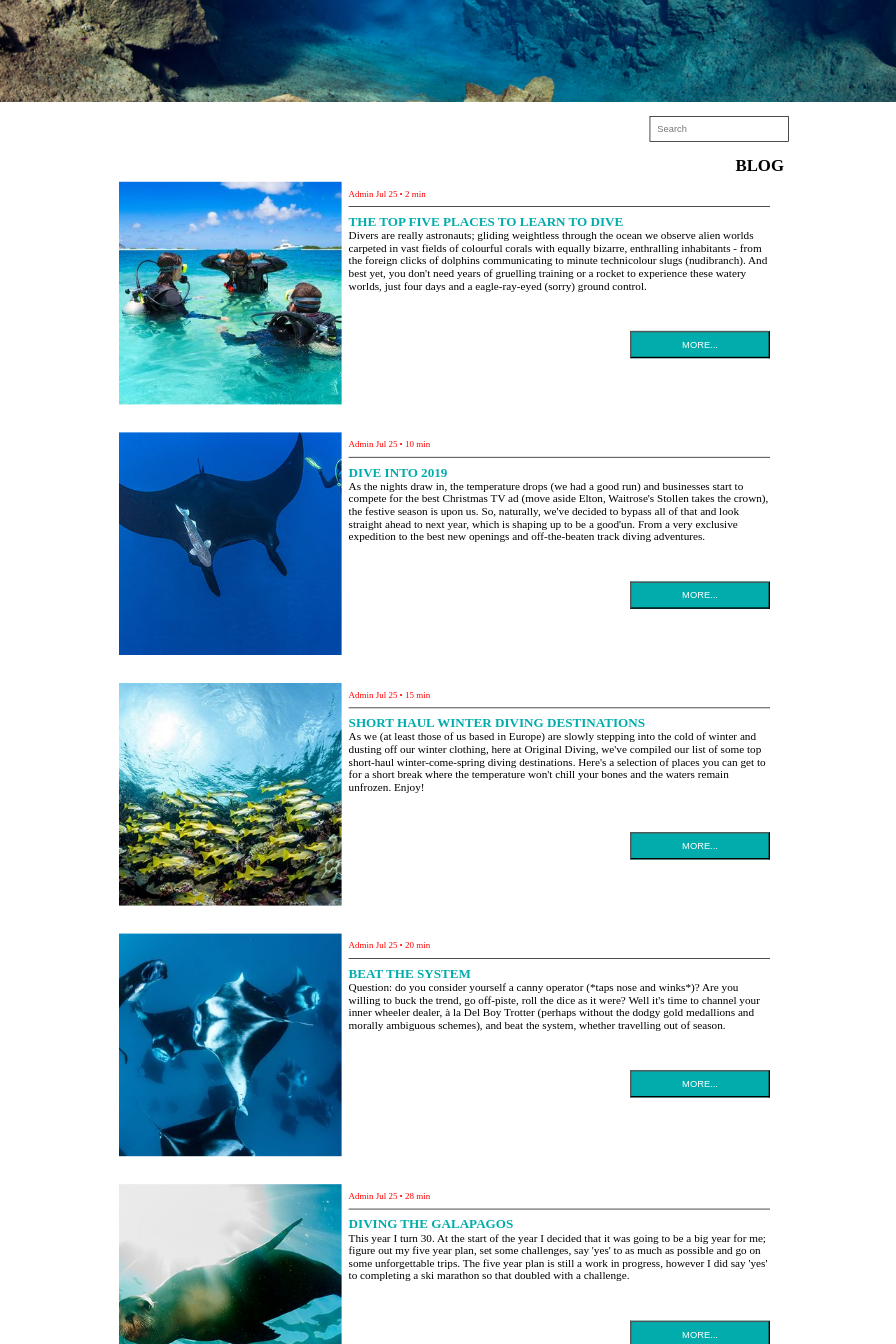
Repository: M1shkaBear/FLX
Page: FLX_homework_3/homework/index.html
These files come from the project's save history. The page is drawn as it stood at one moment and after the next save; the edit follows.
The browser window is 1280 px wide. The pictures show the part of the page from y = 574 to 2494 px (the page is 3443 px tall), at 70% of full size.
The style sheet was rebuilt from its Sass, Less or Tailwind sources for each picture, by a compiler version that may differ from the author's.

Above is the page before, as saved 2019-01-26 18:03:26.

### FLX_homework_3/homework/index.html
<!DOCTYPE html>
<html lang="en">
  <head>
    <meta charset="UTF-8" />
    <meta name="viewport" content="width=device-width, initial-scale=1.0" />
    <meta http-equiv="X-UA-Compatible" content="ie=edge" />

    <!-- Styles should be switched here: -->

    <link rel="stylesheet" type="text/css" href="css/style1.css" />
    <!-- <link rel="stylesheet" type="text/css" href="css/style2.css" /> -->

    <title>Explore the world of ocean</title>
  </head>

  <body>
    <div class="main-wrapper">
      <header>
        <div class="top-wrapper">
          <div class="logo"><img src="img/logo.png" alt="" /></div>

          <nav>
            <a role="button" href="#list" target="_self">Blog</a>
            <a role="button" href="#about" target="_self">About</a>
            <a role="button" href="#contact" target="_self">Contact</a>
          </nav>
        </div>
        <section>
          <h1>Explore the fantastic beauty of our world</h1>
          <a class="btn btn-top" href="#list" target="_self">Dive now</a>
        </section>
      </header>
      <main>
        <div class="toolbar"><input type="text" placeholder="Search" /></div>
        <section class="post-list" id="list">
          <h1>Blog</h1>
          <article>
            <img src="img/post-1.jpg" alt="" />
            <div>
              <div class="post">
                <div class="post-description">Admin Jul 25 &#8226; 2 min</div>
                <h3>The Top Five Places To Learn To Dive</h3>
                <p>
                  Divers are really astronauts; gliding weightless through the
                  ocean we observe alien worlds carpeted in vast fields of
                  colourful corals with equally bizarre, enthralling inhabitants
                  - from the foreign clicks of dolphins communicating to minute
                  technicolour slugs (nudibranch). And best yet, you don't need
                  years of gruelling training or a rocket to experience these
                  watery worlds, just four days and a eagle-ray-eyed (sorry)
                  ground control.
                </p>
              </div>
              <button class="btn">More...</button>
            </div>
          </article>
          <article>
            <img src="img/post-2.jpg" alt="" />
            <div>
              <div class="post">
                <div class="post-description">Admin Jul 25 &#8226; 10 min</div>
                <h3>Dive Into 2019</h3>
                <p>
                  As the nights draw in, the temperature drops (we had a good
                  run) and businesses start to compete for the best Christmas TV
                  ad (move aside Elton, Waitrose's Stollen takes the crown), the
                  festive season is upon us. So, naturally, we've decided to
                  bypass all of that and look straight ahead to next year, which
                  is shaping up to be a good'un. From a very exclusive
                  expedition to the best new openings and off-the-beaten track
                  diving adventures.
                </p>
              </div>
              <button class="btn">More...</button>
            </div>
          </article>
          <article>
            <img src="img/post-3.jpg" alt="" />
            <div>
              <div class="post">
                <div class="post-description">Admin Jul 25 &#8226; 15 min</div>
                <h3>Short Haul Winter Diving Destinations</h3>
                <p>
                  As we (at least those of us based in Europe) are slowly
                  stepping into the cold of winter and dusting off our winter
                  clothing, here at Original Diving, we've compiled our list of
                  some top short-haul winter-come-spring diving destinations.
                  Here's a selection of places you can get to for a short break
                  where the temperature won't chill your bones and the waters
                  remain unfrozen. Enjoy!
                </p>
              </div>
              <button class="btn">More...</button>
            </div>
          </article>
          <article>
            <img src="img/post-4.jpg" alt="" />
            <div>
              <div class="post">
                <div class="post-description">Admin Jul 25 &#8226; 20 min</div>
                <h3>Beat the System</h3>
                <p>
                  Question: do you consider yourself a canny operator (*taps
                  nose and winks*)? Are you willing to buck the trend, go
                  off-piste, roll the dice as it were? Well it's time to channel
                  your inner wheeler dealer, à la Del Boy Trotter (perhaps
                  without the dodgy gold medallions and morally ambiguous
                  schemes), and beat the system, whether travelling out of
                  season.
                </p>
              </div>
              <button class="btn">More...</button>
            </div>
          </article>
          <article>
            <img src="img/post-5.jpg" alt="" />
            <div>
              <div class="post">
                <div class="post-description">Admin Jul 25 &#8226; 28 min</div>
                <h3>Diving The Galapagos</h3>
                <p>
                  This year I turn 30. At the start of the year I decided that
                  it was going to be a big year for me; figure out my five year
                  plan, set some challenges, say 'yes' to as much as possible
                  and go on some unforgettable trips. The five year plan is
                  still a work in progress, however I did say 'yes' to
                  completing a ski marathon so that doubled with a challenge.
                </p>
              </div>
              <button class="btn">More...</button>
            </div>
          </article>
          <article>
            <img src="img/post-6.jpg" alt="" />
            <div>
              <div class="post">
                <div class="post-description">Admin Jul 25 42 min</div>
                <h3>The 8 Best Dive Sites in the World</h3>
                <p>
                  Bucket lists are for landlubbers. If you're a diver, and the
                  ocean is your oyster, then you NEED to dive these spots,
                  arguably the greatest dive sites on our blue planet.
                </p>
              </div>
              <button class="btn">More...</button>
            </div>
          </article>
        </section>

        <section class="about" id="about">
          <div>
            <h1>About Us</h1>
            <p>
              Our approach differs from other travel companies; we are a group
              of dedicated divers, marine biologists and travellers who take a
              creative approach to tailoring luxury diving holidays.
            </p>
            <p>
              We focus on understanding what you want from your holiday, from
              trips centred entirely around diving to holidays with the odd dive
              included here and there. No matter your level of dive experience
              and knowledge, we will tailor the perfect holiday to your
              requirements using a thoughtful approach, focused on the small
              details that make a big difference.
            </p>
            <p>
              Our aim is to make sure every detail of your holiday is planned to
              perfection by working with you to hone and finesse your itinerary
              to your exact requirements, from ensuring logistics like transfers
              and guides run like clockwork to giving you access to experiences
              the average traveller wouldn't find. So you can sit back, relax
              and enjoy your Original Diving holiday.
            </p>
          </div>
          <div><img src="img/about-section.jpg" alt="" /></div>
        </section>

        <section class="contact-form" id="contact">
          <h1>CONTACT US</h1>
          <h4>For any questions you may have, you can write us:</h4>

          <!-- TODO: write form fields -->
        </section>
      </main>
      <footer><span>&#169; 2019 Exploring the world</span></footer>
    </div>
  </body>
</html>

### FLX_homework_3/homework/scss/style1.scss
// Do not edit this file
@import "variables1";
@import "main";

### FLX_homework_3/homework/scss/_variables1.scss
$contentBackground: #fff;
$bgArticle: white;
$fonts: normal 300 15px/24px Roboto, Ubuntu, Cantarell, Helvetica, sans-serif;
$bgImg: url("../img/header_background_v1.jpg");
$aColor: white;
$abdcolor: #607d8b;
$btnColor: #01acac;
$lineColor: black;

### FLX_homework_3/homework/scss/_main.scss
* {
  padding: 0;
  margin: 0;
}

body {
  background: $contentBackground;
}

main {
  margin: 0 auto;
  width: 960px;
  article {
    background-color: $bgArticle;
  }
}

header {
  background-image: $bgImg;
  background-position: center;
  background-size: cover;
  height: 100vh;
  text-transform: uppercase;
  .top-wrapper {
    display: flex;
    flex-direction: row;
    align-items: flex-start;
    justify-content: space-between;
  }
  .btn.btn-top {
    background-color: $btnColor;
    color: white;
    border: none;
    padding: 15px 80px;
    text-align: center;
    text-decoration: none;
    display: inline-block;
    font-size: 16px;
  }
  section {
    color: $aColor;
    display: flex;
    flex-direction: column;
    align-items: center;
    margin-top: 150px;
  }

  .logo {
    float: left;
    width: 20%;
    img {
      width: 100%;
      height: auto;
    }
  }
  nav {
    a {
      color: $aColor;
      font: $fonts;
      text-transform: uppercase;
      text-decoration: none;
      padding: 20px 177px 20px 177px;
      display: inline-block;
    }

    a:not(:last-of-type) {
      border-width: 0 2px 0 0;
      border-style: solid;
      border-color: $abdcolor;
    }
  }
}
#about img {
  width: 100%;
}
.toolbar {
  margin: 20px 0 0 80%;
  input {
    padding: 10px;
    border: 1px solid;
  }
}

main {
  margin: 0 auto;
  display: flex;
  flex-direction: column;
}

.post-list {
  text-align: left;
  h1 {
    color: $lineColor;
    padding-top: 20px;
    text-align: right;
    text-transform: uppercase;
  }
  article {
    padding: 10px;
    margin-bottom: 20px;
    display: flex;
    flex-direction: row;
    justify-content: space-between;
    align-items: flex-start;
    h3 {
      text-transform: uppercase;
      color: $btnColor;
    }
    .btn {
      background-color: $btnColor;
      color: white;
      padding: 10px 0px;
      width: 200px;
      text-transform: uppercase;
      margin-top: 55px;
      cursor: pointer;
    }
  }
  article > div {
    padding: 10px;
    display: flex;
    flex-direction: column;
    justify-content: space-between;
    align-items: flex-end;
  }
}
.post-description {
  font-size: 0.8em;
  border-bottom: 1px solid $lineColor;
  margin-bottom: 10px;
  padding-bottom: 10px;
  color: red;
}

After the next save:
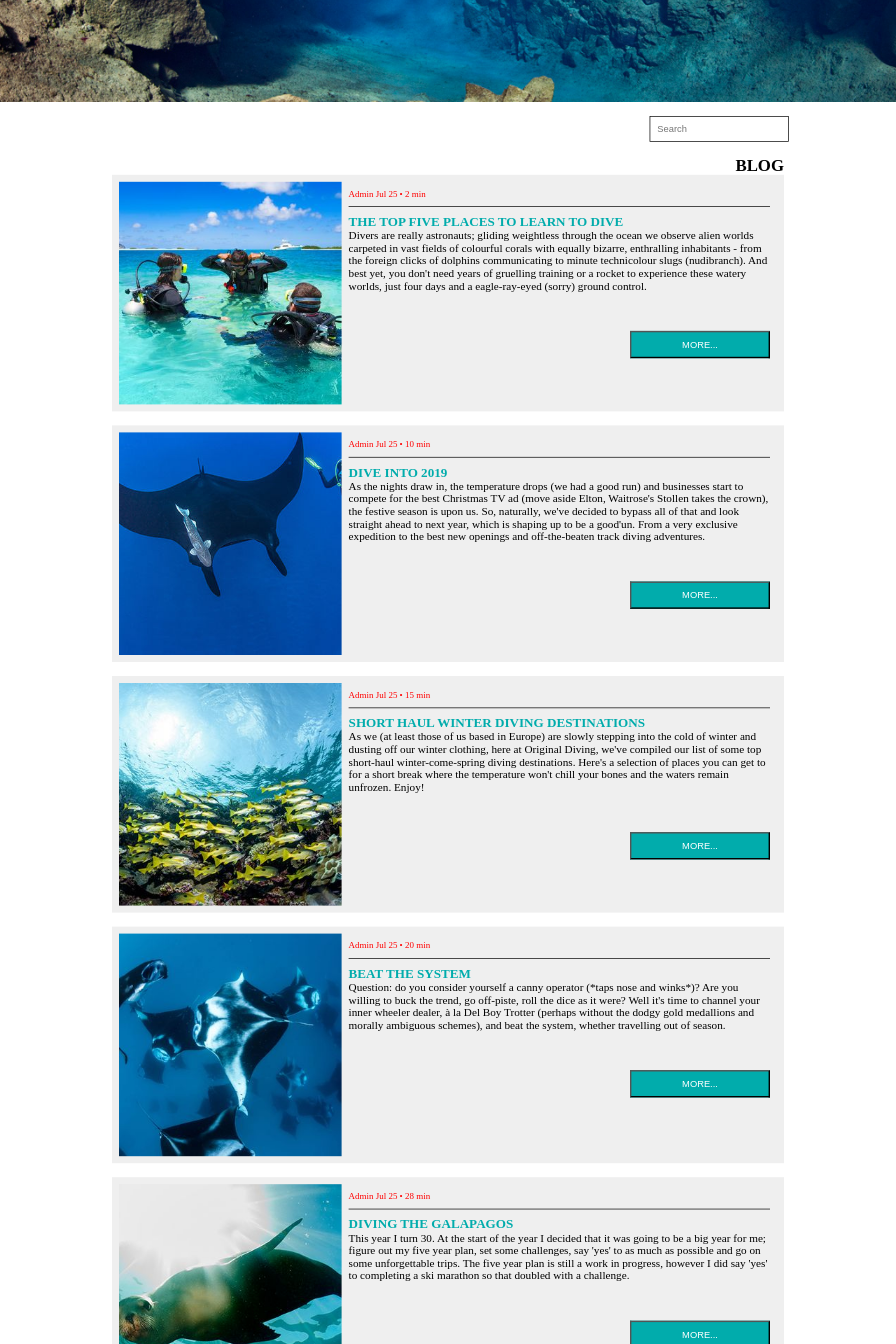
Saved 15 s later.
--- a/FLX_homework_3/homework/scss/_variables1.scss
+++ b/FLX_homework_3/homework/scss/_variables1.scss
@@ -1,5 +1,5 @@
 $contentBackground: #fff;
-$bgArticle: white;
+$bgArticle: #efefef;
 $fonts: normal 300 15px/24px Roboto, Ubuntu, Cantarell, Helvetica, sans-serif;
 $bgImg: url("../img/header_background_v1.jpg");
 $aColor: white;
